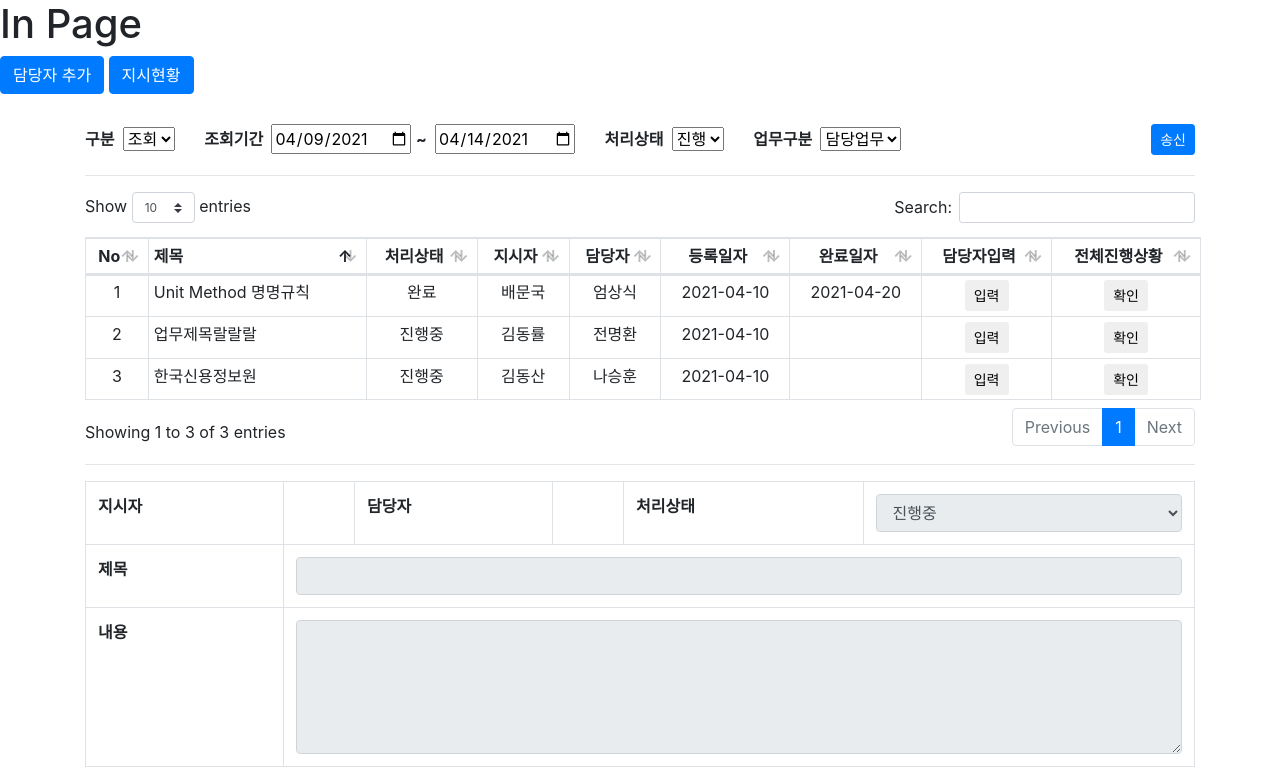
Repository: jungtaeyong/FSB_Project
Page: http://localhost/FsbJobMgt/main.jsp
An editor plug-in stored every save of this project. The page is shown before and after the next save, followed by the edit.
The browser window is 1280 px wide. The pictures show the whole page.
The page is served by Tomcat 9.

Above is the page before, as saved 2021-04-15 06:05:05.

### FsbJobMgt/WebContent/main.jsp
<%@ page language="java" contentType="text/html; charset=EUC-KR" pageEncoding="EUC-KR"%>
<%@ include file="/modal1_Adding.jsp" %>

<!DOCTYPE html PUBLIC "-//W3C//DTD HTML 4.01 Transitional//EN" "http://www.w3.org/TR/html4/loose.dtd">
<html>
<head>
<meta http-equiv="Content-Type" content="text/html; charset=EUC-KR">
<title>업무 관리</title>
</head>
<body>
<!-- jquery  -->
<script type="text/javascript" src="js/jquery-3.6.0.min.js"></script>

<!-- bootstrap -->
<link rel="stylesheet" type="text/css" href="lib/Bootstrap-4-4.1.1/css/bootstrap.min.css"/>
<script type="text/javascript" src="lib/Bootstrap-4-4.1.1/js/bootstrap.min.js"></script>

<!-- datatables -->
<link rel="stylesheet" type="text/css" href="lib/DataTables-1.10.24/css/dataTables.bootstrap4.min.css"/>
<script type="text/javascript" src="lib/DataTables-1.10.24/js/jquery.dataTables.min.js"></script>
<script type="text/javascript" src="lib/DataTables-1.10.24/js/dataTables.bootstrap4.min.js"></script>
<script>
$(document).ready(function() {
	/* 초기 조회 조건 세팅 */
	$('#REQUEST_TYPE').val('1'); //구분
	$('#BZWR_STS').val('01'); //처리상태
	$('#BZWR_DSTC').val('2'); //업무구분

	let befor7days= new Date();
	befor7days.setDate(befor7days.getDate()-5);
	document.getElementById('FROM_DATE').valueAsDate = befor7days; //FROM_DATE
	document.getElementById('TO_DATE').valueAsDate = new Date(); //TO_DATE

	/* 테이블 초기 로딩 */
	setTable();

	/* 송신버튼 */
	$('#action_submit').click(function(){
		let dvcd = $('#REQUEST_TYPE').val();
		if(dvcd=='1'){
			alert('조회');
			setTable();
		}else if(dvcd=='2'){
			alert('등록');
			createNewJob();
		}else if(dvcd=='3'){
			alert('변경');
			updateJob();
		}
	});

	/* 구분 변경 이벤트 처리 */
	$('#REQUEST_TYPE').change(function() {
		let dvcd = $('#REQUEST_TYPE').val();
		if(dvcd=='1'){
			$('#BZWR_EXC_CHGR_BTN').hide();
			$('#BZWR_STS_2').attr("disabled",true);
			$('#BZWR_TTL').attr("disabled",true);
			$('#BZWR_CNTN').attr("disabled",true);
		}else if(dvcd=='2'){
			$('#BZWR_INDC_CHGR').text('로그인 유저');
			$('#BZWR_EXC_CHGR').text('');
			$('#BZWR_EXC_CHGR_BTN').show();
			$('#BZWR_STS_2').attr("disabled",true);
			$('#BZWR_TTL').val("");
			$('#BZWR_CNTN').val("");
			$('#BZWR_TTL').removeAttr("disabled");
			$('#BZWR_CNTN').removeAttr("disabled");
		}else if(dvcd=='3'){
			$('#BZWR_EXC_CHGR_BTN').show();
			$('#BZWR_STS_2').removeAttr("disabled");
			$('#BZWR_TTL').removeAttr("disabled");
			$('#BZWR_CNTN').removeAttr("disabled");
		}
	});

} );

/* 테이블 데이터 로딩 및 기능 세팅 */
function setTable(){
	/* 테이블 데이터 로딩 */
	var jobList = $('#job_list').DataTable( {
        ajax : {
        	url : 'lib/testJson2.json',
        	data : {
        		REQUEST_TYPE:$('#REQUEST_TYPE').val(),
        		FROM_DATE:$('#FROM_DATE').val(),
        		TO_DATE:$('#TO_DATE').val(),
        		BZWR_STS:$('#BZWR_STS').val(),
        		BZWR_DSTC:$('#BZWR_DSTC').val()
        	}
        },
        columns : [
			{data: null },
			{data: "BZWR_TTL" },
            {data: "BZWR_STS", render : function ( data, type, row, meta ) {
            	if(data=="01"){
            		return '진행중';
            	}else if(data=="02"){
            		return '완료';
            	}
            }},
            {data: "BZWR_INDC_CHGR_TXT" },
            {data: "BZWR_EXC_CHGR_TXT" },
            {data: "BZWR_REG_DT" },
            {data: "BZWR_CMPL_DT" },
            {data: null , render : function ( data, type, row, meta ) {
                return '<button name="first_btn" class="btn btn-sm btn-default data-toggle="modal" data-target="#exampleModal" data-whatever="@mdo"">입력</button>'
            }},
            {data: null , render : function ( data, type, row, meta ) {
                return '<button name="second_btn" class="btn btn-sm btn-default" data-toggle="modal" data-target="#exampleModalCenter">확인</button>'
            }}
        ],
        columnDefs: [{ className: 'text-center', targets: [0,2,3,4,5,6,7,8] }],
        order: [[ 1, 'asc' ]]
    } );

	/* 테이블 Index 생성을 위한 함수 */
	jobList.on( 'order.dt search.dt', function () {
		jobList.column(0, {search:'applied', order:'applied'}).nodes().each( function (cell, i) {
            cell.innerHTML = i+1;
        } );
    } ).draw();

	/* 테이블 클릭 이벤트  -> 클릭한 row에 해당하는 데이터를 상세 정보에 보여줌*/
	$('#job_list tbody').on('click', 'td:nth-child(-n+7)', function () {
		let data = jobList.row( this ).data();
        console.log(data);
		if($('#REQUEST_TYPE').val()!='2'){ //"구분-등록" 상태면 반응 없음.
	        $('#BZWR_INDC_CHGR').text(data.BZWR_INDC_CHGR_TXT); //지시자
	        $('#BZWR_EXC_CHGR').text(data.BZWR_EXC_CHGR_TXT); //담당자
	        $('#BZWR_STS_2').val(data.BZWR_STS); //처리상태(업무상태)
	        $('#BZWR_TTL').val(data.BZWR_TTL); //제목
	        $('#BZWR_CNTN').val(data.BZWR_CNTN); //내용
	        if(data.BZWR_STS=='02'){
	        	$('#BZWR_EXC_CHGR_BTN').hide();
				$('#BZWR_STS_2').attr("disabled",true);
				$('#BZWR_TTL').attr("disabled",true);
				$('#BZWR_CNTN').attr("disabled",true);
	        }else{
	        	$('#BZWR_EXC_CHGR_BTN').show();
				$('#BZWR_STS_2').removeAttr("disabled");
				$('#BZWR_TTL').removeAttr("disabled");
				$('#BZWR_CNTN').removeAttr("disabled");
	        }
		}
    } );

	/* 선택된  row 하이라이트 */
	$('#job_list tbody').on('click', 'tr', function() {
		$('#job_list tbody > tr').css('background-color','#ffffff');
		$(this).css('background-color','#f0f5f5');
	});

	/* 테이블 버튼 이벤트(담당자입력) */
	$('#job_list tbody').on( 'click', 'button[name="first_btn"]', function () {
        var data = jobList.row( $(this).parents('tr') ).data();
		console.log("First Button",data);
    } );

	/* 테이블 버튼 이벤트(전체진행상황) */
	$('#job_list tbody').on( 'click', 'button[name="second_btn"]', function () {
        var data = jobList.row( $(this).parents('tr') ).data();
		console.log("Second Button",data);
    } );
}

/* 등록 */
function createNewJob(){
	$.ajax({
		url:'',
		dataType:'application/json',
		data : {
			REQUEST_TYPE:$('#REQUEST_TYPE').val(), //구분(조회,등록,변경)
			BZWR_DSTC:$('#BZWR_DSTC').val(), //업무구분
			BZWR_INDC_CHGR:'로그인 유저', //업무지시담당자
			BZWR_EXC_CHGR:'담당자', //업무수행담당자
			BZWR_STS:'1', //업무상태 (등록 시 진행으로 세팅)
			BZWR_TTL:$('#BZWR_TTL').val(), //업무제목
			BZWR_CNTN:$('#BZWR_CNTN').val() //업무내용
		},
		success:function(data){
			alert('등록 되었습니다.');
	   }
	})
}

/* 변경 */
function updateJob(){
	$.ajax({
		url:'',
		dataType:'application/json',
		data : {
			REQUEST_TYPE:$('#REQUEST_TYPE').val(), //구분(조회,등록,변경)
			BZWR_DSTC:$('#BZWR_DSTC').val(), //업무구분
			BZWR_EXC_CHGR:'담당자', //업무수행담당자
			BZWR_STS:$('#BZWR_STS_2').val(), //업무상태
			BZWR_TTL:$('#BZWR_TTL').val(), //업무제목
			BZWR_CNTN:$('#BZWR_CNTN').val() //업무내용
		},
		success:function(data){
			alert('등록 되었습니다.');
	   }
	})
}

</script>
<div class="container" style="margin-top:30px">
	<!-- 조회 조건 -->
	<div>
		<div>
			<label style="font-weight:bold;">구분&nbsp;</label>
			<select id="REQUEST_TYPE" style="margin-right:25px">
			    <option value="1">조회</option>
			    <option value="2">등록</option>
			    <option value="3">변경</option>
			</select>
			<label style="font-weight:bold">조회기간&nbsp;</label>
			<input type="date" id="FROM_DATE" style="width:140px" value=""/>
			<label style="font-weight:bold">~&nbsp;</label>
			<input type="date" id="TO_DATE" value=""  style="margin-right:25px;width:140px"/>
			<label style="font-weight:bold;">처리상태&nbsp;</label>
			<select id="BZWR_STS" style="margin-right:25px">
			    <option value="01">진행</option>
			    <option value="02">완료</option>
			    <option value="03">전체</option>
			</select>
			<label style="font-weight:bold;">업무구분&nbsp;</label>
			<select id="BZWR_DSTC">
			    <option value="1">지시업무</option>
			    <option value="2">담당업무</option>
			</select>
			<input type='button' id="action_submit" class="btn btn-sm btn-primary" style="float:right" value='송신'/>
		</div>
	</div>
	<hr/>
	<!-- 목록 -->
	<div>
		<table id="job_list" class="table table-sm table-bordered">
	        <thead>
	            <tr>
	            	<th>No</th>
	                <th>제목</th>
	                <th>처리상태</th>
	                <th>지시자</th>
	                <th>담당자</th>
	                <th>등록일자</th>
	                <th>완료일자</th>
	                <th>담당자입력</th>
	                <th>전체진행상황</th>
	            </tr>
	        </thead>
	    </table>
	</div>
	<hr/>
	<!-- 상세 -->
	<div>
		<table class="table table-bordered display">
			<tr>
				<th>지시자</th>
				<td id="BZWR_INDC_CHGR"></td>
				<th>담당자</th>
				<td>
					<span id="BZWR_EXC_CHGR"></span>
					<button id="BZWR_EXC_CHGR_BTN" class="btn btn-sm btn-info" style="display:none">선택</button>
				</td>
				<th>처리상태</th>
				<td>
					<select id="BZWR_STS_2" class="form-control input-sm" disabled>
					    <option value="01">진행중</option>
					    <option value="02">완료</option>
					</select>
				</td>
			</tr>
			<tr>
				<th>제목</th><td colspan="5"><input type="text" id="BZWR_TTL" class="form-control input-sm" disabled/></td>
			</tr>
			<tr>
				<th>내용</th><td colspan="5"><textarea ID="BZWR_CNTN" class="form-control input-sm" rows="5" disabled></textarea></td>
			</tr>
		</table>
	</div>
</div>
</body>
</html>

### FsbJobMgt/WebContent/modal1_Adding.jsp
<%@ page language="java" contentType="text/html; charset=EUC-KR"
    pageEncoding="EUC-KR"%>
<!DOCTYPE html>

<html lang="en">
  <head>
    <!-- Required meta tags -->
    <meta charset="utf-8">
    <meta name="viewport" content="width=device-width, initial-scale=1, shrink-to-fit=no">

	<!-- jquery  -->
	<script type="text/javascript" src="js/jquery-3.6.0.min.js"></script>

	<!-- bootstrap -->
	<link rel="stylesheet" type="text/css" href="lib/Bootstrap-4-4.1.1/css/bootstrap.min.css"/>
	<script type="text/javascript" src="lib/Bootstrap-4-4.1.1/js/bootstrap.min.js"></script>


    <title>Modal</title>

<!--     드롭다운 style -->
    <style>
	.dropbtn {
	  background-color: #4CAF50;
	  color: white;
	  padding: 16px;
	  font-size: 16px;
	  border: none;
	}

	.dropdown {
	  position: relative;
	  display: inline-block;
	}

	.dropdown-content {
	  display: none;
	  position: absolute;
	  background-color: #f1f1f1;
	  min-width: 160px;
	  box-shadow: 0px 8px 16px 0px rgba(0,0,0,0.2);
	  z-index: 1;
	}

	.dropdown-content a {
	  color: black;
	  padding: 12px 16px;
	  text-decoration: none;
	  display: block;
	}

	.dropdown-content a:hover {background-color: #ddd;}

	.dropdown:hover .dropdown-content {display: block;}

	.dropdown:hover .dropbtn {background-color: #3e8e41;}
	</style>

  </head>
  <body>
    <h1>In Page</h1>

	<button type="button" class="btn btn-primary" data-toggle="modal" data-target="#exampleModal" data-whatever="@mdo">담당자 추가</button>


	<!-- 	### 담당자 추가 -->
	<div class="modal fade" id="exampleModal" tabindex="-1" role="dialog" aria-labelledby="exampleModalLabel" aria-hidden="true">
	  <div class="modal-dialog" role="document">
	    <div class="modal-content">
	      <div class="modal-header">
	        <h5 class="modal-title" id="exampleModalLabel">담당자 추가</h5>
	        <button type="button" class="close" data-dismiss="modal" aria-label="Close">
	          <span aria-hidden="true">&times;</span>
	        </button>

	      </div>



	      <div class="modal-body">
		    <b>최초 지시자&emsp;</b> <em>OOO</em>
		    &emsp;&emsp;&emsp;&emsp;&emsp;
		    <b>현재 담당자&emsp;</b> <em>OOO</em>

	     	<br/><br/>

			<table>
				<tr><!--행(row)선언-->
	                <th ><b>추가 담당자</b></th>


	                	<!-- <input type="text" name = "UserID" value="" placeholder = "담당자 입력" style="width:100px; right:30%;"/> -->
	                	<!-- <input type="text" class="form-control" id="recipient-name" style="width:100px; padding-left:10px"> -->
	                	<td>
	                	&emsp;
	                		<select name="solar_birth_yn" id="solar_birth_yn">
		                		<option value="none">부 서</option>
		 				       	<option value="1">IT</option>
					       	 	<option value="2">일반본부</option>
					   		</select>
					   	&emsp;
					   		<select name="solar_birth_yn" id="solar_birth_yn">
		                		<option value="none">팀</option>
		 				       	<option value="1">계정운영팀</option>
					       	 	<option value="2">계정개발팀</option>
					   		</select>
					   	&emsp;
					   		<select name="solar_birth_yn" id="solar_birth_yn">
		                		<option value="none">사원</option>
		 				       	<option value="1">홍길동</option>
					       	 	<option value="2">김동율</option>
					   		</select>
					    </td>

	                <!-- <th rowspan="2"><input type="submit" value="로그인"/></th> -->
        	    </tr>
			</table>


			<hr>

	        <form>
	          <div class="form-group">
	            <label for="recipient-name" class="col-form-label">제 목</label>
	            <input type="text" class="form-control" id="recipient-name">
	          </div>
	          <div class="form-group">
	            <label for="message-text" class="col-form-label">내 용</label>
	            <textarea class="form-control" id="message-text" style="height:100px"></textarea>
	          </div>
	        </form>
	      </div>

	      <div class="modal-footer">
	        <button type="button" class="btn btn-secondary" data-dismiss="modal">닫기</button>
	        <button type="button" class="btn btn-primary">등록</button>
	      </div>
	    </div>
	  </div>
	</div>

	<!-- 	### 지시현황 체크 -->
		<!-- Button trigger modal -->
	<button type="button" class="btn btn-primary" data-toggle="modal" data-target="#exampleModalCenter">
	  지시현황
	</button>

	<!-- Modal -->
	<div class="modal fade" id="exampleModalCenter" tabindex="-1" role="dialog" aria-labelledby="exampleModalCenterTitle" aria-hidden="true">
	  <div class="modal-dialog modal-dialog-centered" role="document">
	    <div class="modal-content">
	      <div class="modal-header">
	        <h5 class="modal-title" id="exampleModalCenterTitle">지시현황</h5>
	        <button type="button" class="close" data-dismiss="modal" aria-label="Close">
	          <span aria-hidden="true">&times;</span>
	        </button>
	      </div>

	      <div class="modal-body">
		     <table class="table">
				 <thead>
				   <tr>
				      <th>지시자</th>
				      <th>담당자</th>
				      <th>처리 상태</th>
   				      <th>지시 일자</th>
				   </tr>
				 </thead>
				 <tbody>
				   <tr>
				      <td>John</td>
				      <td>Doe</td>
				      <td>진행중</td>
				      <td>2021.03.01</td>
				   </tr>
				   <tr>
				      <td>Doe</td>
				      <td>Moe</td>
				      <td>진행중</td>
   				      <td>2021.04.02</td>
				   </tr>
				   <tr>
				      <td>Moe</td>
				      <td>Ryul</td>
				      <td>완료</td>
				      <td>2021.04.10</td>
				   </tr>
				 </tbody>
			</table>
	      </div>

	      <div class="modal-footer">
	        <button type="button" class="btn btn-secondary" data-dismiss="modal">닫기</button>
	      </div>
	    </div>
	  </div>
</div>




 </body>
</html>

### FsbJobMgt/WebContent/lib/testJson2.json
{
  "data": [
    {
      "BZWR_DSTC": "1",
      "JOB_CD": "",
      "SQNO": "1",
      "BZWR_STS": "01",
      "BZWR_REG_DT": "2021-04-10",
      "BZWR_CMPL_DT": "",
      "BZWR_INDC_CHGR": "221001",
      "BZWR_INDC_CHGR_TXT": "김동률",
      "BZWR_EXC_CHGR":"221002",
      "BZWR_EXC_CHGR_TXT":"전명환",
      "BZWR_TTL":"업무제목랄랄랄",
      "BZWR_CNTN":"업무내용호롤롤롤"
    },
    {
      "BZWR_DSTC": "1",
      "JOB_CD": "",
      "SQNO": "2",
      "BZWR_STS": "01",
      "BZWR_REG_DT": "2021-04-10",
      "BZWR_CMPL_DT": "",
      "BZWR_INDC_CHGR": "221001",
      "BZWR_INDC_CHGR_TXT": "김동산",
      "BZWR_EXC_CHGR":"221002",
      "BZWR_EXC_CHGR_TXT":"나승훈",
      "BZWR_TTL":"한국신용정보원",
      "BZWR_CNTN":"일반신용정보관리규약 실무 해설"
    },
    {
      "BZWR_DSTC": "1",
      "JOB_CD": "",
      "SQNO": "3",
      "BZWR_STS": "02",
      "BZWR_REG_DT": "2021-04-10",
      "BZWR_CMPL_DT": "2021-04-20",
      "BZWR_INDC_CHGR": "221001",
      "BZWR_INDC_CHGR_TXT": "배문국",
      "BZWR_EXC_CHGR":"221002",
      "BZWR_EXC_CHGR_TXT":"엄상식",
      "BZWR_TTL":"Unit Method 명명규칙",
      "BZWR_CNTN":"피대문자 어플리케이션코드 세자리 대문자 업무구분코드"
    }
 ]
}

Loaded but not shown: FsbJobMgt/WebContent/js/jquery-3.6.0.min.js (library); FsbJobMgt/WebContent/lib/Bootstrap-4-4.1.1/css/bootstrap.min.css (library); FsbJobMgt/WebContent/lib/Bootstrap-4-4.1.1/js/bootstrap.min.js (library); FsbJobMgt/WebContent/lib/DataTables-1.10.24/css/dataTables.bootstrap4.min.css (library); FsbJobMgt/WebContent/lib/DataTables-1.10.24/js/jquery.dataTables.min.js (library); FsbJobMgt/WebContent/lib/DataTables-1.10.24/js/dataTables.bootstrap4.min.js (library)

After the next save:
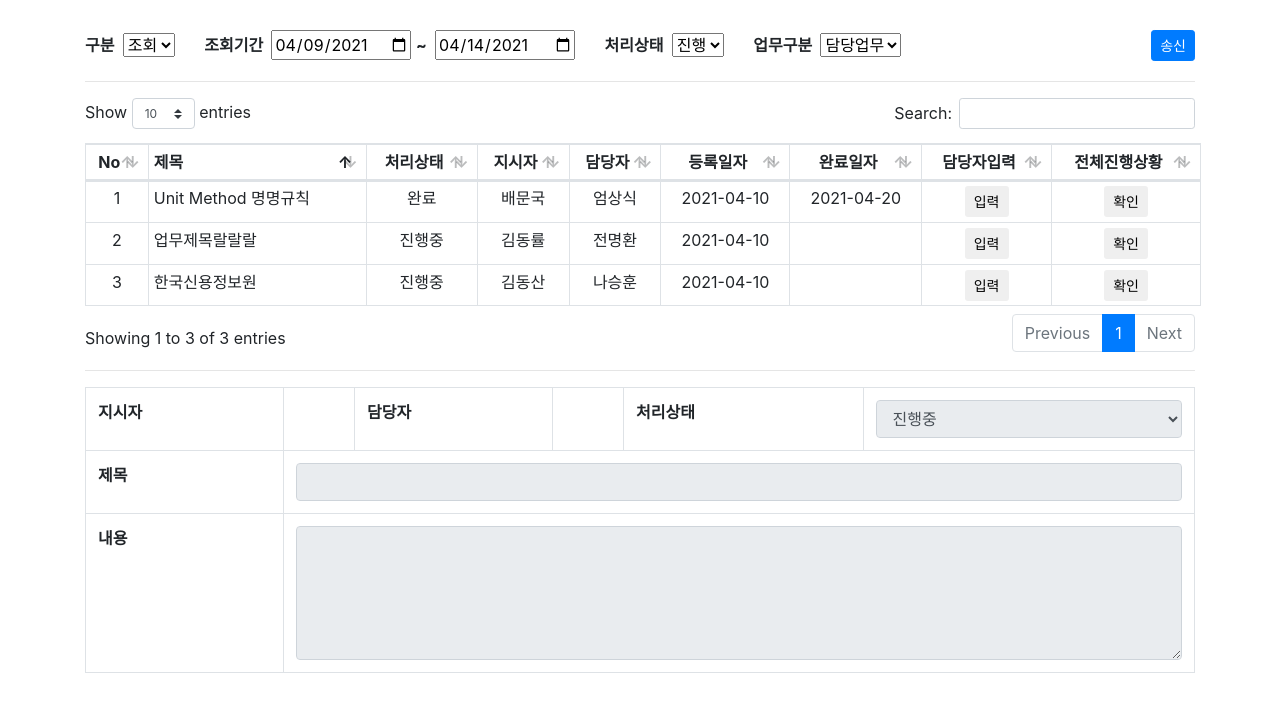
Saved 13 s later.
--- a/FsbJobMgt/WebContent/modal1_Adding.jsp
+++ b/FsbJobMgt/WebContent/modal1_Adding.jsp
@@ -58,9 +58,10 @@
 
   </head>
   <body>
+    <!--
     <h1>In Page</h1>
-
 	<button type="button" class="btn btn-primary" data-toggle="modal" data-target="#exampleModal" data-whatever="@mdo">담당자 추가</button>
+	-->
 
 
 	<!-- 	### 담당자 추가 -->
@@ -141,9 +142,11 @@
 
 	<!-- 	### 지시현황 체크 -->
 		<!-- Button trigger modal -->
+	<!--
 	<button type="button" class="btn btn-primary" data-toggle="modal" data-target="#exampleModalCenter">
 	  지시현황
 	</button>
+	-->
 
 	<!-- Modal -->
 	<div class="modal fade" id="exampleModalCenter" tabindex="-1" role="dialog" aria-labelledby="exampleModalCenterTitle" aria-hidden="true">
